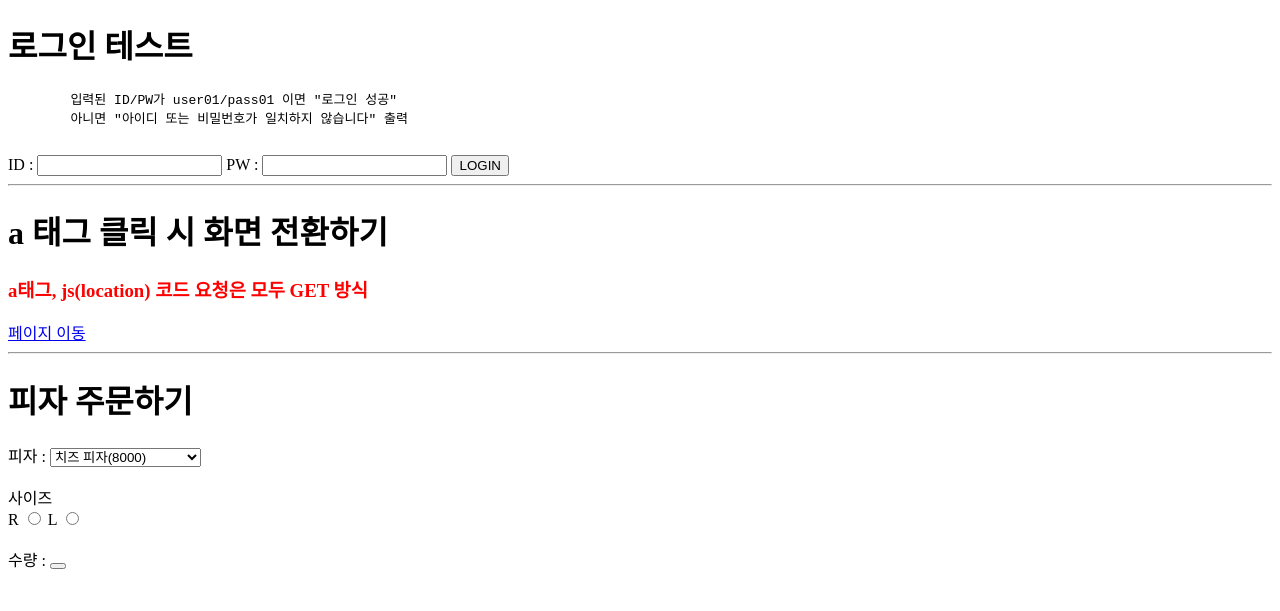
Repository: seungjoo1217/05_Server
Page: JSPProject1/src/main/webapp/index.html
These files come from the project's save history. The page is drawn as it stood at one moment and after the next save; the edit follows.
The browser window is 1280 px wide. The pictures show the whole page.

Above is the page before, as saved 2024-03-22 01:41:12.

After the next save:
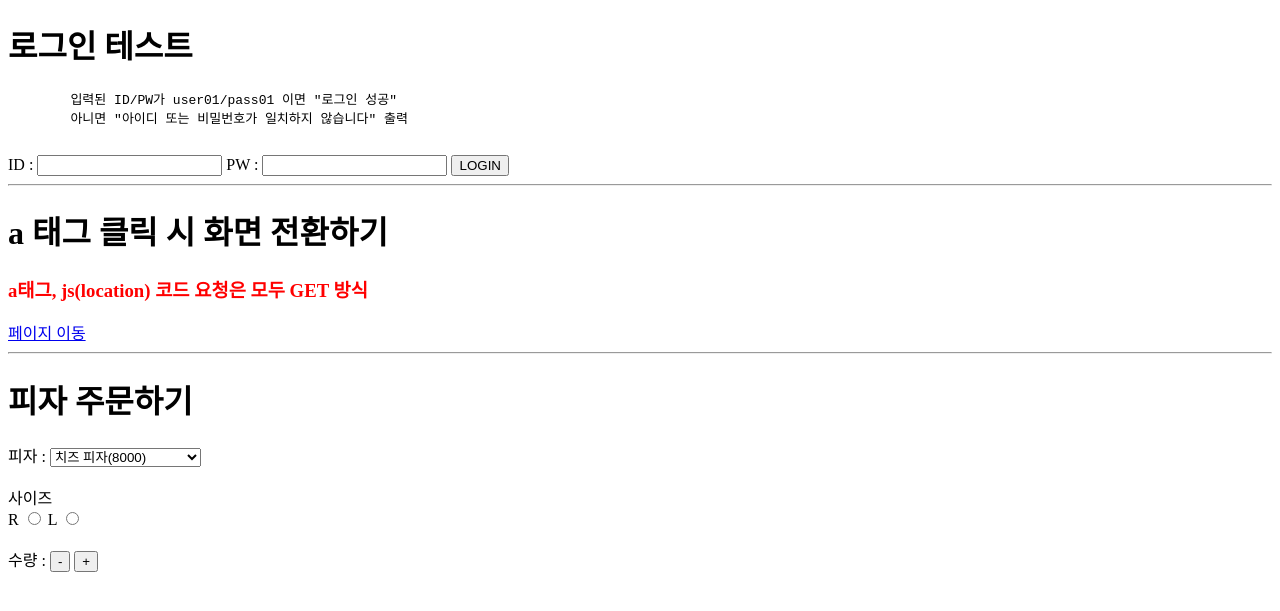
Saved 16 s later.
--- a/JSPProject1/src/main/webapp/index.html
+++ b/JSPProject1/src/main/webapp/index.html
@@ -54,7 +54,8 @@
 		<br><br>
 
 		수량 :
-		<button id="minus" type="button"></button>
+		<button id="minus" type="button">-</button>
+		<button id="plus" type="button">+</button>
 	</form>
 
 
